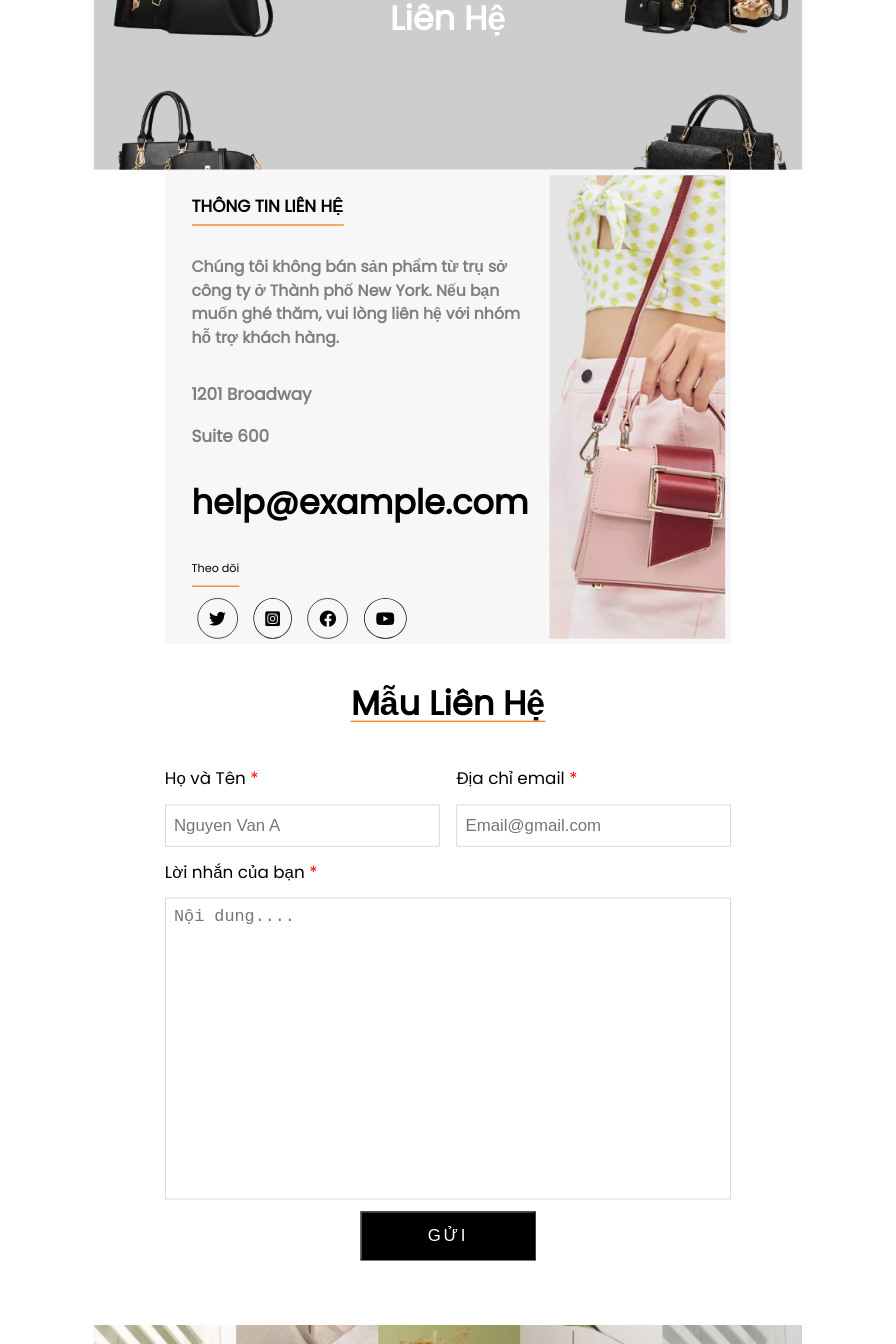
Repository: minh352623/project_firebase
Page: contact.html
An editor plug-in stored every save of this project. The page is shown before and after the next save, followed by the edit.
The browser window is 1280 px wide. The pictures show the part of the page from y = 359 to 2279 px (the page is 2888 px tall before and 2912 px after), at 70% of full size.
Some web libraries are served in a nearby version.

Above is the page before, as saved 2022-05-12 20:16:11.

After the next save:
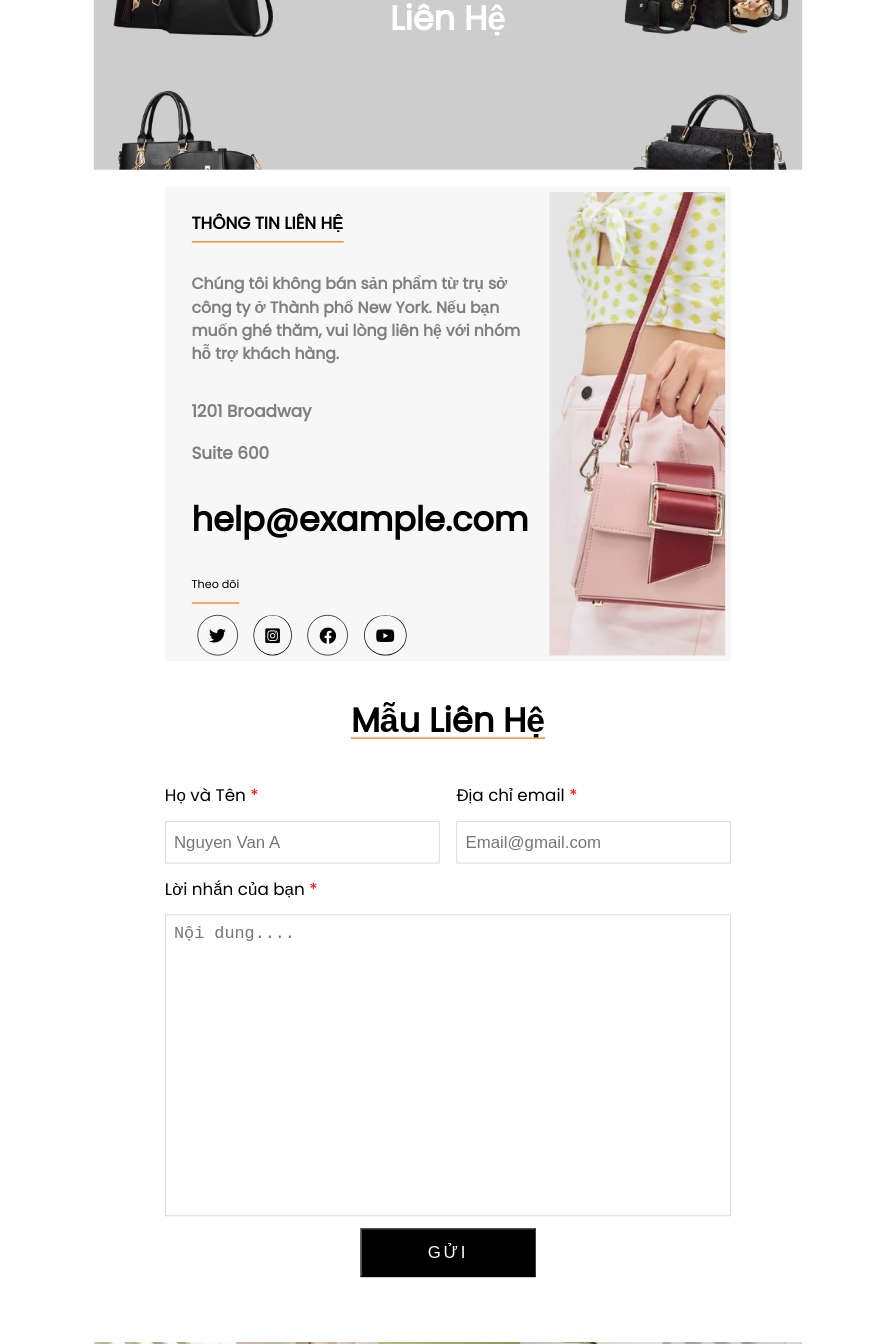
Saved 20 s later.
--- a/assets/css/contact.css
+++ b/assets/css/contact.css
@@ -19,9 +19,9 @@
 
 }
 .contact-container{
-    margin-top: 50px;
+
     width: 80%;
-    margin: 0 auto;
+    margin: 24px auto;
 }
 .contact-top{
     display: flex;
